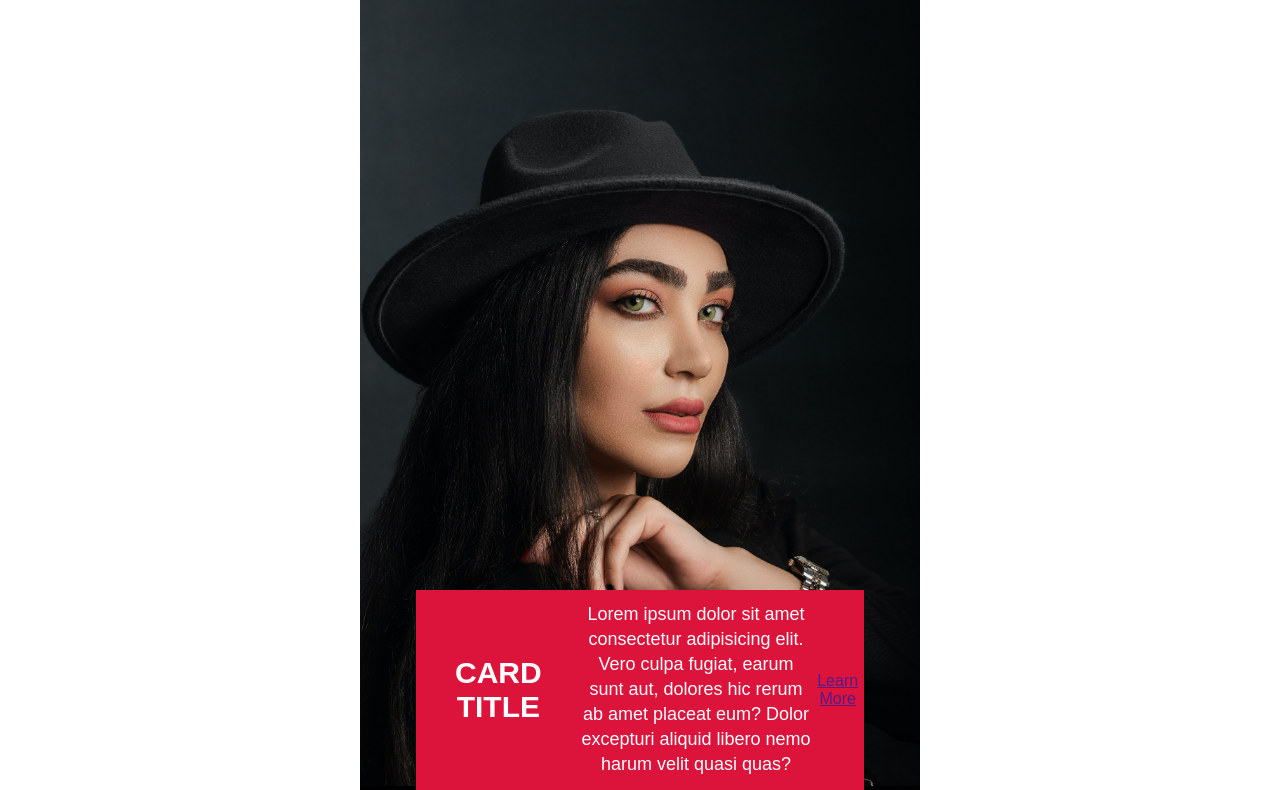
Repository: DevMike1993/100_Projects_HTML_CSS_JAVASCRIPT
Page: 07_Creative_Image_Hover_Effect/03_Effect/index.html
An editor plug-in stored every save of this project. The page is shown before and after the next save, followed by the edit.
The browser window is 1280 px wide. The pictures show the whole page.

Above is the page before, as saved 2023-11-30 12:43:22.

After the next save:
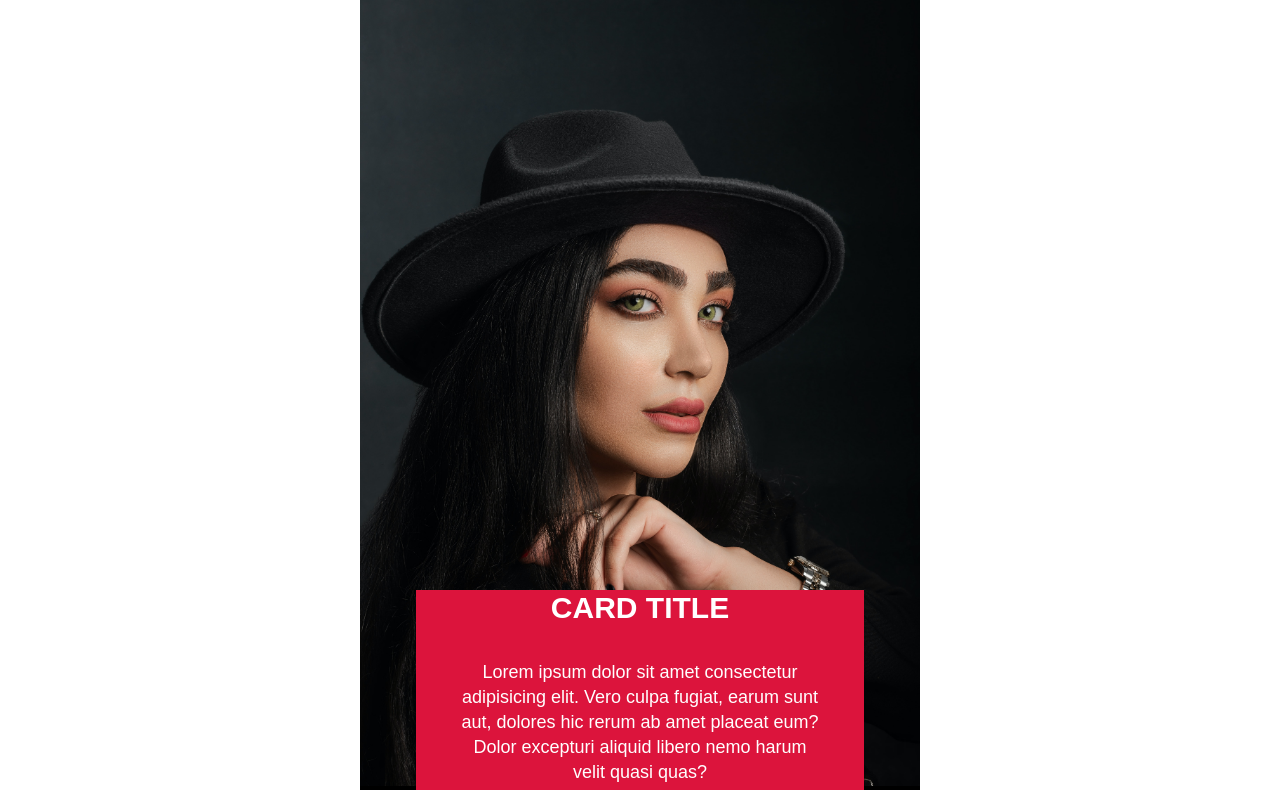
Saved 8 s later.
--- a/07_Creative_Image_Hover_Effect/03_Effect/style.css
+++ b/07_Creative_Image_Hover_Effect/03_Effect/style.css
@@ -26,7 +26,7 @@ body {
     transition: 0.5s;
     overflow: hidden;
     display: flex;
-    flex-direction: ;
+    flex-direction: column;
     justify-content: center;
     align-items: center;
 }
